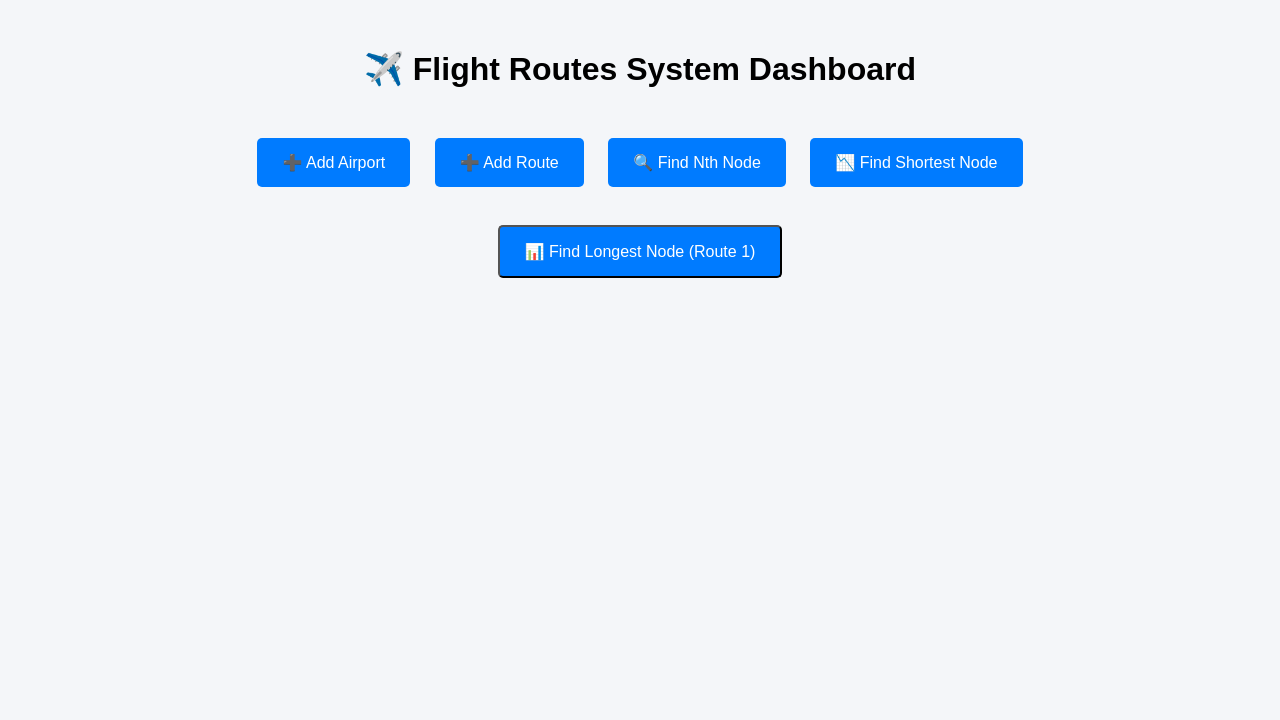
Repository: SNEHASURESH003/flight_system
Page: http://localhost/
An editor plug-in stored every save of this project. The page is shown before and after the next save, followed by the edit.
The browser window is 1280 px wide. The pictures show the whole page.
The page is served by the project's application, run on Django 5.2 (manage.py).

Above is the page before, as saved 2026-01-19 23:00:49.

After the next save:
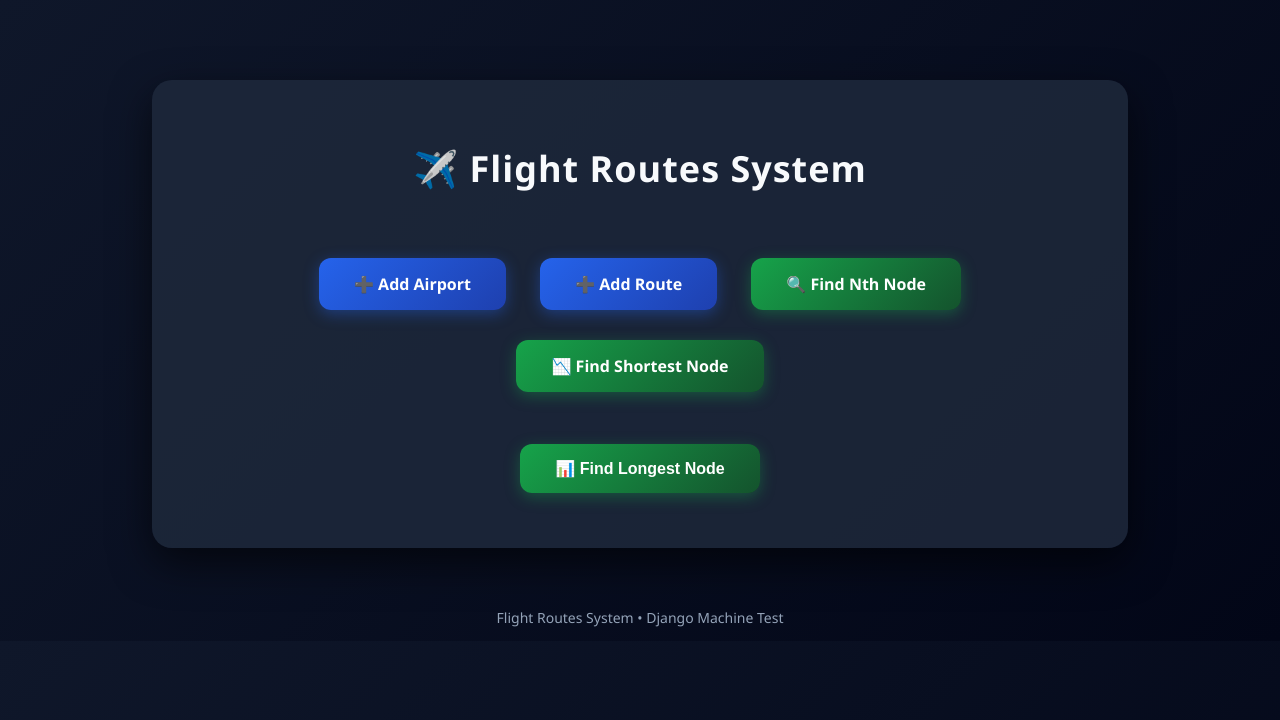
Saved 47 s later.
--- a/airport/airport_route/templates/dashboard.html
+++ b/airport/airport_route/templates/dashboard.html
@@ -1,50 +1,98 @@
 <!DOCTYPE html>
-<html>
+<html lang="en">
 <head>
     <title>Flight Routes Dashboard</title>
     <style>
         body {
-            font-family: Arial;
-            background-color: #f4f6f9;
+            font-family: 'Segoe UI', Tahoma, Geneva, Verdana, sans-serif;
+            background: linear-gradient(135deg, #0f172a, #020617);
+            color: #e5e7eb;
             text-align: center;
+            margin: 0;
+            padding: 0;
         }
+
         .container {
-            margin-top: 50px;
+            margin-top: 80px;
         }
+
+        h1 {
+            margin-bottom: 50px;
+            font-size: 36px;
+            color: #f8fafc;
+            letter-spacing: 1px;
+        }
+
         .btn {
             display: inline-block;
-            margin: 10px;
-            padding: 15px 25px;
+            margin: 15px;
+            padding: 15px 35px;
             text-decoration: none;
-            background-color: #007bff;
+            background: linear-gradient(135deg, #2563eb, #1e40af);
             color: white;
-            border-radius: 5px;
+            border-radius: 12px;
             font-size: 16px;
+            font-weight: 600;
+            box-shadow: 0 4px 15px rgba(37, 99, 235, 0.4);
+            transition: all 0.3s ease;
+            border: none;
+            cursor: pointer;
         }
+
         .btn:hover {
-            background-color: #0056b3;
+            transform: translateY(-4px);
+            box-shadow: 0 8px 25px rgba(37, 99, 235, 0.6);
+            background: linear-gradient(135deg, #1d4ed8, #1e3a8a);
         }
-        h1 {
-            margin-bottom: 40px;
+
+        .btn.secondary {
+            background: linear-gradient(135deg, #16a34a, #14532d);
+            box-shadow: 0 4px 15px rgba(22, 163, 74, 0.4);
         }
+
+        .btn.secondary:hover {
+            background: linear-gradient(135deg, #15803d, #052e16);
+            box-shadow: 0 8px 25px rgba(22, 163, 74, 0.6);
+        }
+
+        .card {
+            background: rgba(30, 41, 59, 0.85);
+            width: 70%;
+            margin: auto;
+            padding: 40px;
+            border-radius: 20px;
+            box-shadow: 0 15px 40px rgba(0,0,0,0.6);
+        }
+
+        footer {
+            margin-top: 60px;
+            color: #94a3b8;
+            font-size: 14px;
+        }
+
     </style>
 </head>
 <body>
 
 <div class="container">
-    <h1>✈️ Flight Routes System Dashboard</h1>
+    <div class="card">
+        <h1>✈️ Flight Routes System</h1>
 
-    <a href="{% url 'add_airport' %}" class="btn">➕ Add Airport</a>
-    <a href="{% url 'add_route' %}" class="btn">➕ Add Route</a>
-    <a href="{% url 'find_nth' %}" class="btn">🔍 Find Nth Node</a>
-    <a href="{% url 'shortest_between' %}" class="btn">📉 Find Shortest Node</a>
+        <a href="{% url 'add_airport' %}" class="btn">➕ Add Airport</a>
+        <a href="{% url 'add_route' %}" class="btn">➕ Add Route</a>
+        <a href="{% url 'find_nth' %}" class="btn secondary">🔍 Find Nth Node</a>
+        <a href="{% url 'shortest_between' %}" class="btn secondary">📉 Find Shortest Node</a>
 
-    <br><br>
+        <br><br>
 
-    <form action="{% url 'longest_node' 1 %}" method="get">
-        <button class="btn" type="submit">📊 Find Longest Node (Route 1)</button>
-    </form>
+        <form action="{% url 'longest_node' 1 %}" method="get">
+            <button class="btn secondary" type="submit">📊 Find Longest Node</button>
+        </form>
+    </div>
 
+    <footer>
+        <p>Flight Routes System • Django Machine Test</p>
+    </footer>
 </div>
 
 </body>
